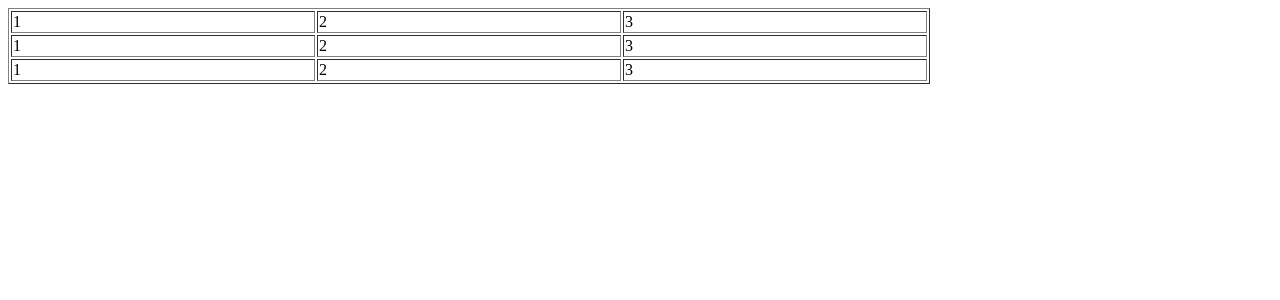
Repository: choidazzi/DDIT
Page: web programming/html/webpro/src/main/webapp/0420/table1.html
These files come from the project's save history. The page is drawn as it stood at one moment and after the next save; the edit follows.
The browser window is 1280 px wide. The pictures show the whole page.

Above is the page before, as saved 2023-04-20 01:45:05.

### web programming/html/webpro/src/main/webapp/0420/table1.html
<!DOCTYPE html>
<html>
<head>
<meta charset="UTF-8">
<title>table 만들기1</title>
<style>
	td{
		width: 300px;
	}
</style>
</head>
<body>
	<table border ="1">
		<tr>
			<td>1</td>
			<td>2</td>
			<td>3</td>
		</tr>

		<tr>
			<td>1</td>
			<td>2</td>
			<td>3</td>
		</tr>

		<tr>
			<td>1</td>
			<td>2</td>
			<td>3</td>
		</tr>
	</table>
</body>
</html>

After the next save:
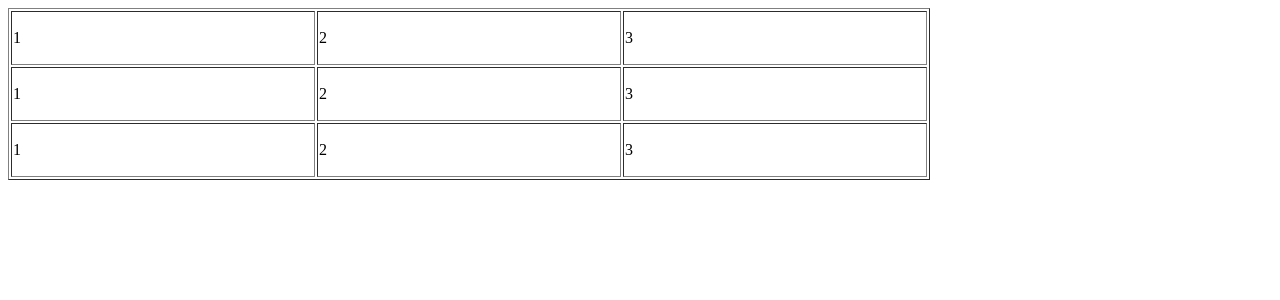
Saved 10 s later.
--- a/web programming/html/webpro/src/main/webapp/0420/table1.html
+++ b/web programming/html/webpro/src/main/webapp/0420/table1.html
@@ -6,6 +6,7 @@
 <style>
 	td{
 		width: 300px;
+		height: 50px;
 	}
 </style>
 </head>

After the save that followed:
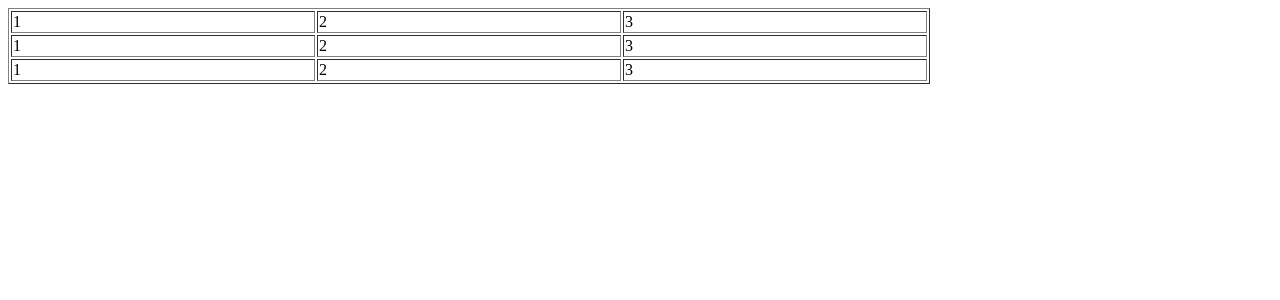
Saved 64 s later.
--- a/web programming/html/webpro/src/main/webapp/0420/table1.html
+++ b/web programming/html/webpro/src/main/webapp/0420/table1.html
@@ -6,7 +6,8 @@
 <style>
 	td{
 		width: 300px;
-		height: 50px;
+		height: 50px
+		text-align: center;
 	}
 </style>
 </head>
